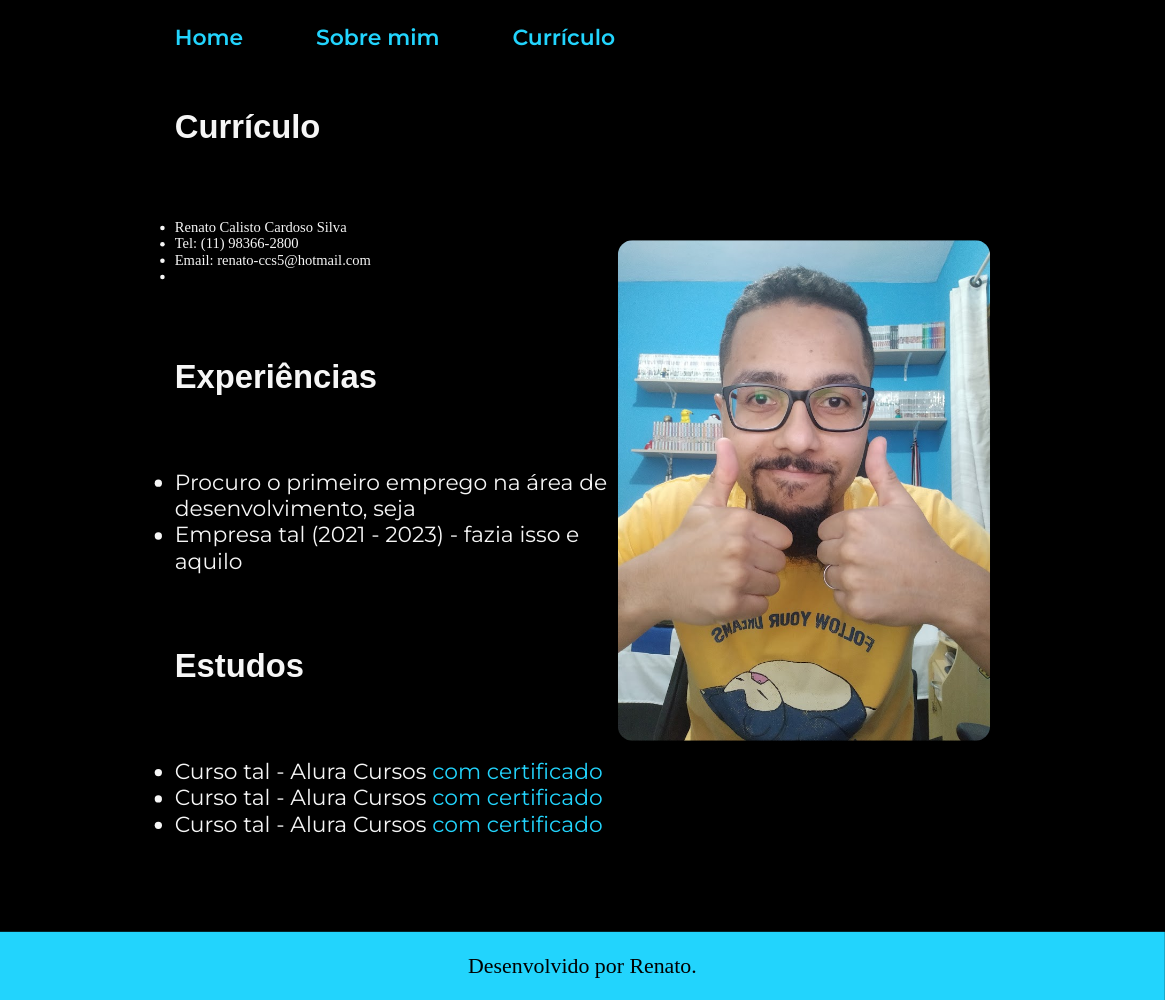
Repository: RenatoCCS/Portfolio_Alura
Page: curriculo.html
These files come from the project's save history. The page is drawn as it stood at one moment and after the next save; the edit follows.
The browser window is 1280 px wide. The pictures show the whole page, at 91% of full size.
Some web fonts or font styles are not loaded; a fallback is used.

Above is the page before, as saved 2023-03-06 20:27:08.

After the next save:
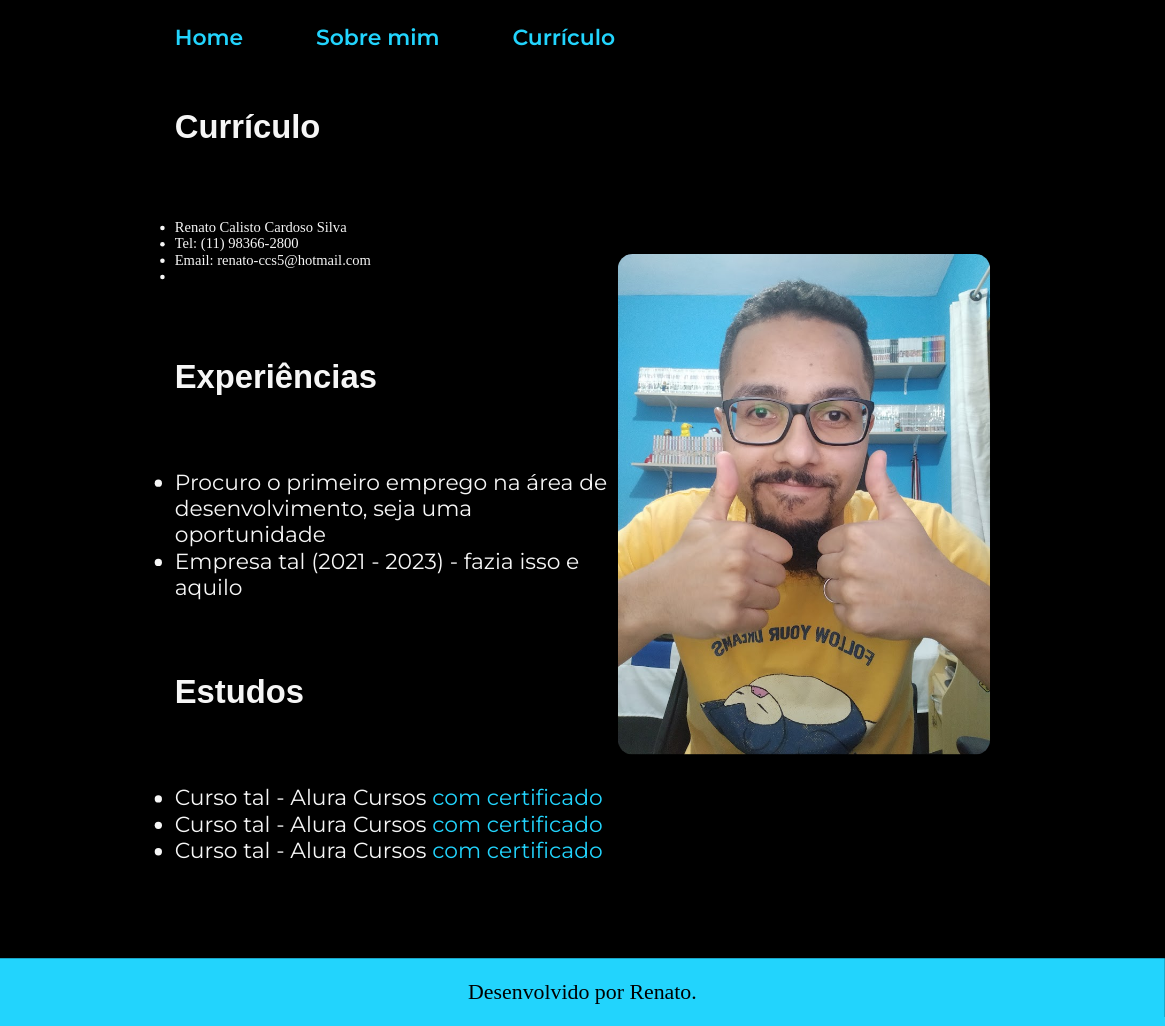
Saved 9 s later.
--- a/curriculo.html
+++ b/curriculo.html
@@ -31,7 +31,7 @@
           <h2 class="apresentacao__conteudo__titulo">Experiências</h2>
           <p class="apresentacao__conteudo__texto">
           <ul class="apresentacao__conteudo__texto">
-              <li> Procuro o primeiro emprego na área de desenvolvimento, seja  </li>
+              <li> Procuro o primeiro emprego na área de desenvolvimento, seja uma oportunidade </li>
               <li> Empresa tal (2021 - 2023) - fazia isso e aquilo </li>
           </ul>
           </p>
